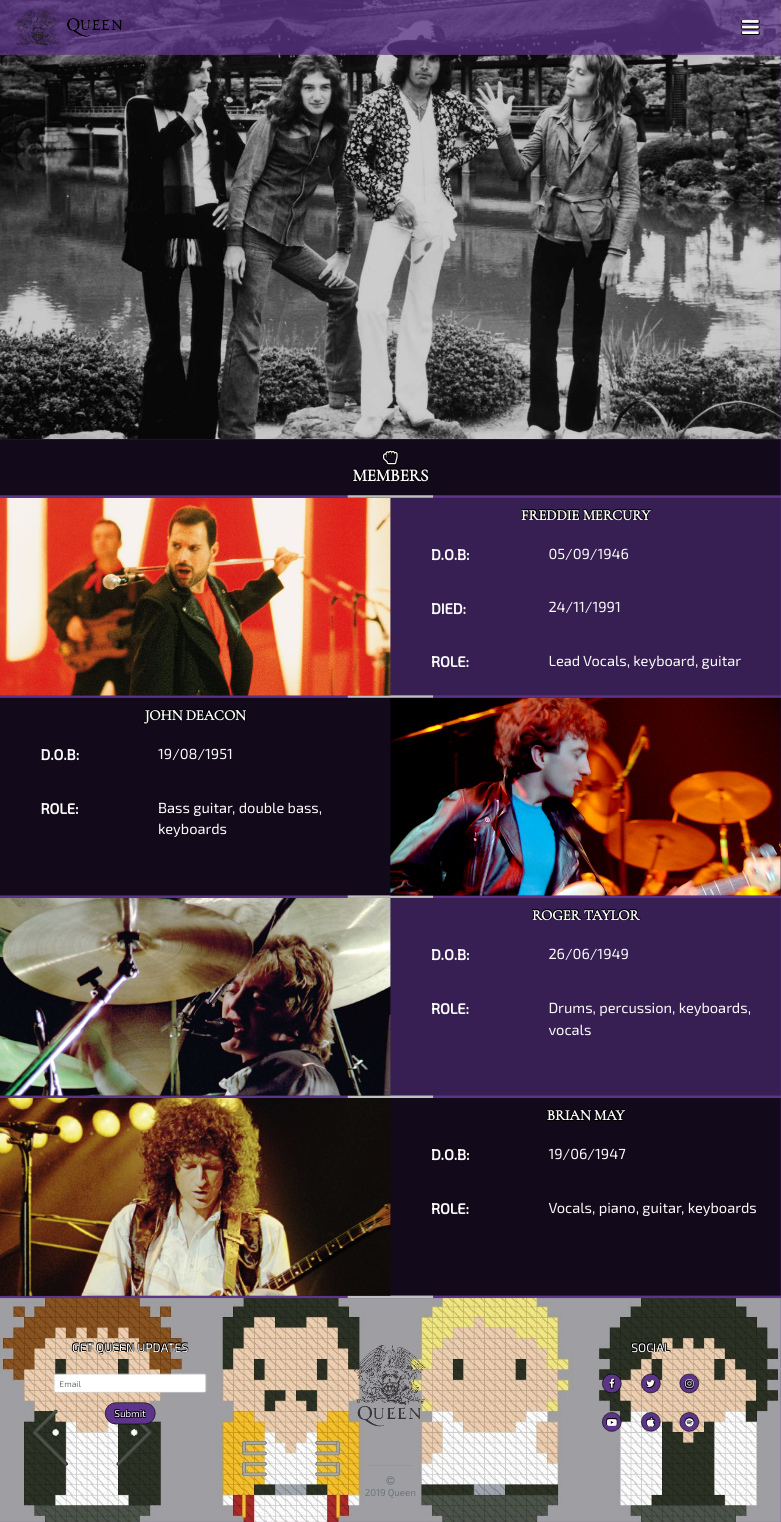
Repository: Olan1/Queen---The-Unofficial-Site
Page: members.html
The author's editor kept a record of every edit. The page is drawn from the files as they stood at one moment, then again after the next edit.
The browser window is 1280 px wide. The pictures show the whole page, at 61% of full size.

Above is the page before.

### members.html
<!DOCTYPE html>
<html lang="en">

<head>
    <meta charset="UTF-8">
    <meta name="viewport" content="width=device-width, initial-scale=1.0">
    <meta http-equiv="X-UA-Compatible" content="ie=edge">
    <link rel="stylesheet" href="https://stackpath.bootstrapcdn.com/bootstrap/4.3.1/css/bootstrap.min.css">
    <link rel="stylesheet" href="https://stackpath.bootstrapcdn.com/font-awesome/4.7.0/css/font-awesome.min.css">
    <link rel="stylesheet" href="assets/css/style.css">
    <link rel="shortcut icon" href="assets/images/head/Q.png">
    <!--Source: https://stackoverflow.com/questions/10691021/how-to-insert-logo-with-the-title-of-a-html-page-->
    <title>Members</title>
</head>

<body>
    <!--Header-->
    <header id="home" class="container-fluid members-header-container text-outline">
        <nav class="navbar navbar-light nav-bg-color fixed-top">
            <a href="index.html" class="navbar-brand" data-toggle="tooltip" title="Home">
                <img class="img-fluid" src="assets/images/header/queen-coat-of-arms.png">
                <img class="img-fluid d-none d-sm-inline-block" src="assets/images/header/queen-logo.png">
            </a>
            <button class="navbar-toggler ml-auto mr-2 text-outline" type="button" data-toggle="collapse" data-target="#navbarNavDropdown" aria-controls="navbarNavDropdown" aria-expanded="false" aria-label="Toggle navigation">
                <i class="fa fa-bars"></i>
            </button>
            <div class="collapse navbar-collapse justify-content-end" id="navbarNavDropdown">
                <ul class="navbar-nav mr-2">
                    <li class="nav-item "><a href="index.html" class="nav-link">Home</a></li>
                    <li class="nav-item "><a href="members.html" class="nav-link">Members</a></li>
                    <li class="nav-item"><a href="gallery.html" class="nav-link">Gallery</a></li>
                    <li class="nav-item"><a href="music.html" class="nav-link">Music</a></li>
                    <li class="nav-item"><a href="film.html" class="nav-link">Film</a></li>
                    <li class="nav-item"><a href="store.html" class="nav-link">Store</a></li>
                    <li class="nav-item"><a href="sign-up.html" class="nav-link">Sign Up</a></li>
                </ul>
            </div>
        </nav>
    </header>
    <!-- /.Header -->

    <!--Band Members Section-->
    <section id="members" class="container-fluid members-container">
        <h3 class="uppercase text-outline bg-fade-dark"><i class="fa fa-hand-rock-o" aria-hidden="true"></i>Members</h3>
        <hr class="divider-lg">

        <!--Freddie Mercury-->
        <div class="bg-fade-light">
            <div class="row no-gutters info-container">
                <div class="col-lg-6">
                    <img class="img-fluid" src="assets/images/members/freddie-mercury.png" alt="Freddie Mercury">
                </div>
                <!--Source: Code Institutes front end resume project-->
                <div class="col-lg-6 section-column">
                    <div class="row">
                        <div class="col-12">
                            <h4 class="member-heading uppercase text-outline">
                                Freddie Mercury
                            </h4>
                        </div>
                    </div>
                    <div class="personal-info-item">
                        <div class="key">
                            <p class="uppercase">
                                D.O.B:
                            </p>
                        </div>
                        <div class="value">
                            <p>
                                05/09/1946
                            </p>
                        </div>
                    </div>
                    <div class="personal-info-item">
                        <div class="key">
                            <p class="uppercase">
                                Died:
                            </p>
                        </div>
                        <div class="value">
                            <p>
                                24/11/1991
                            </p>
                        </div>
                    </div>
                    <div class="personal-info-item">
                        <div class="key">
                            <p class="uppercase">
                                Role:
                            </p>
                        </div>
                        <div class="value">
                            <p>
                                Lead Vocals, keyboard, guitar
                            </p>
                        </div>
                    </div>
                </div>
            </div>
        </div>
        <hr class="divider-lg">

        <!--John Deacon-->
        <div class="bg-fade-dark">
            <div class="row no-gutters info-container">
                <div class="col-lg-6 order-lg-2">
                    <img class="img-fluid" src="assets/images/members/john-deacon.png" alt="John Deacon">
                </div>
                <!--Source: Code Institutes front end resume project-->
                <div class="col-lg-6 section-column order-lg-1">
                    <div class="row">
                        <div class="col-12">
                            <h4 class="member-heading uppercase text-outline">
                                John Deacon
                            </h4>
                        </div>
                    </div>
                    <div class="personal-info-item">
                        <div class="key">
                            <p class="uppercase">
                                D.O.B:
                            </p>
                        </div>
                        <div class="value">
                            <p>
                                19/08/1951
                            </p>
                        </div>
                    </div>
                    <div class="personal-info-item">
                        <div class="key">
                            <p class="uppercase">
                                Role:
                            </p>
                        </div>
                        <div class="value">
                            <p>
                                Bass guitar, double bass, keyboards
                            </p>
                        </div>
                    </div>
                </div>
            </div>
        </div>
        <hr class="divider-lg">

        <!--Roger Taylor-->
        <div class="bg-fade-light">
            <div class="row no-gutters info-container">
                <div class="col-lg-6">
                    <img class="img-fluid" src="assets/images/members/roger-taylor.png" alt="Roger Taylor">
                </div>
                <!--Source: Code Institutes front end resume project-->
                <div class="col-lg-6 section-column">
                    <div class="row">
                        <div class="col-12">
                            <h4 class="member-heading uppercase text-outline">
                                Roger Taylor
                            </h4>
                        </div>
                    </div>
                    <div class="personal-info-item">
                        <div class="key">
                            <p class="uppercase">
                                D.O.B:
                            </p>
                        </div>
                        <div class="value">
                            <p>
                                26/06/1949
                            </p>
                        </div>
                    </div>
                    <div class="personal-info-item">
                        <div class="key">
                            <p class="uppercase">
                                Role:
                            </p>
                        </div>
                        <div class="value">
                            <p>
                                Drums, percussion, keyboards, vocals
                            </p>
                        </div>
                    </div>
                </div>
            </div>
        </div>
        <hr class="divider-lg">

        <!--Brian May-->
        <div class="bg-fade-dark">
            <div class="row no-gutters info-container">
                <div class="col-lg-6">
                    <img class="img-fluid pb-2" src="assets/images/members/brian-may.png" alt="Brian May">
                </div>
                <!--Source: Code Institutes front end resume project-->
                <div class="col-lg-6 section-column">
                    <div class="row">
                        <div class="col-12">
                            <h4 class="member-heading uppercase text-outline">
                                Brian May
                            </h4>
                        </div>
                    </div>
                    <div class="personal-info-item">
                        <div class="key">
                            <p class="uppercase">
                                D.O.B:
                            </p>
                        </div>
                        <div class="value">
                            <p>
                                19/06/1947
                            </p>
                        </div>
                    </div>
                    <div class="personal-info-item">
                        <div class="key">
                            <p class="uppercase">
                                Role:
                            </p>
                        </div>
                        <div class="value">
                            <p>
                                Vocals, piano, guitar, keyboards
                            </p>
                        </div>
                    </div>
                </div>
            </div>
        </div>
        <hr class="divider-lg">
    </section>
    <!-- /.Band Members Section-->

    <!--Footer-->
    <footer id="footer" class="container-fluid footer-container">
        <div class="row pt-5">

            <!--Form-->
            <div class="col-sm-4 align-center pb-2 text-outline">
                <h5 class="uppercase text-white pb-4">Get Queen Updates</h5>
                <form class="form-sm justify-content-center inline-block">
                    <div class="form-group">
                        <input type="email" class="form-control form-control-sm" id="emailUpdates" aria-describedby="emailHelp" placeholder="Email">
                    </div>
                    <button type="submit" class="btn my-btn text-outline">Submit</button>
                </form>
                <hr class="divider d-sm-none">
            </div>

            <!--Logo-->
            <div class="col-sm-4 align-center pb-2">
                <a href="#home" data-toggle="tooltip" title="Top">
                    <img class="img-fluid footer-logo" src="assets/images/footer/queen-full-logo.png" alt="image unavailable">
                </a>
                <hr class="divider d-sm-none">
            </div>

            <!--Social-->
            <div class="col-sm-4  align-center pb-2 text-outline">
                <h5 class="uppercase text-white pb-4">Social</h5>
                <ul class="list-inline social-links">
                    <li class="list-inline-item ">
                        <a href="https://www.facebook.com/Queen/" target="_blank">
                            <i class="fa fa-facebook"></i>
                            <span class="sr-only">Facebook</span>
                        </a>
                    </li>
                    <li class="list-inline-item">
                        <a href="https://twitter.com/QueenWillRock?ref_src=twsrc%5Egoogle%7Ctwcamp%5Eserp%7Ctwgr%5Eauthor" target="_blank">
                            <i class="fa fa-twitter"></i>
                            <span class="sr-only">Twitter</span>
                        </a>
                    </li>
                    <li class="list-inline-item">
                        <a href="https://www.instagram.com/officialqueenmusic/" target="_blank">
                            <i class="fa fa-instagram"></i>
                            <span class="sr-only">Instagram</span>
                        </a>
                    </li>
                </ul>
                <ul class="list-inline social-links">
                    <li class="list-inline-item">
                        <a href="https://www.youtube.com/user/queenofficial/videos?app=desktop" target="_blank">
                            <i class="fa fa-youtube-play"></i>
                            <span class="sr-only">YouTube</span>
                        </a>
                    </li>
                    <li class="list-inline-item">
                        <a href="https://music.apple.com/us/artist/queen/3296287" target="_blank">
                            <i class="fa fa-apple"></i>
                            <span class="sr-only">Apple Music</span>
                        </a>
                    </li>
                    <li class="list-inline-item">
                        <a href="https://open.spotify.com/artist/1dfeR4HaWDbWqFHLkxsg1d" target="_blank">
                            <i class="fa fa-spotify"></i>
                            <span class="sr-only">Spotify</span>
                        </a>
                    </li>
                </ul>
                <hr class="divider d-sm-none">
            </div>

            <div class="col align-center">
                <hr class="d-none d-sm-block divider">
                <p class="text-muted"><i class="fa fa-copyright"></i> 2019 Queen</p>
            </div>
        </div>
    </footer>
    <!-- /.Footer-->

    <script src="https://code.jquery.com/jquery-3.3.1.slim.min.js" integrity="sha384-q8i/X+965DzO0rT7abK41JStQIAqVgRVzpbzo5smXKp4YfRvH+8abtTE1Pi6jizo" crossorigin="anonymous"></script>
    <script src="https://cdnjs.cloudflare.com/ajax/libs/popper.js/1.14.7/umd/popper.min.js" integrity="sha384-UO2eT0CpHqdSJQ6hJty5KVphtPhzWj9WO1clHTMGa3JDZwrnQq4sF86dIHNDz0W1" crossorigin="anonymous"></script>
    <script src="https://stackpath.bootstrapcdn.com/bootstrap/4.3.1/js/bootstrap.min.js" integrity="sha384-JjSmVgyd0p3pXB1rRibZUAYoIIy6OrQ6VrjIEaFf/nJGzIxFDsf4x0xIM+B07jRM" crossorigin="anonymous"></script>
</body>

</html>

Loaded but not shown: assets/css/style.css (686 lines, source omitted)

After the next edit:
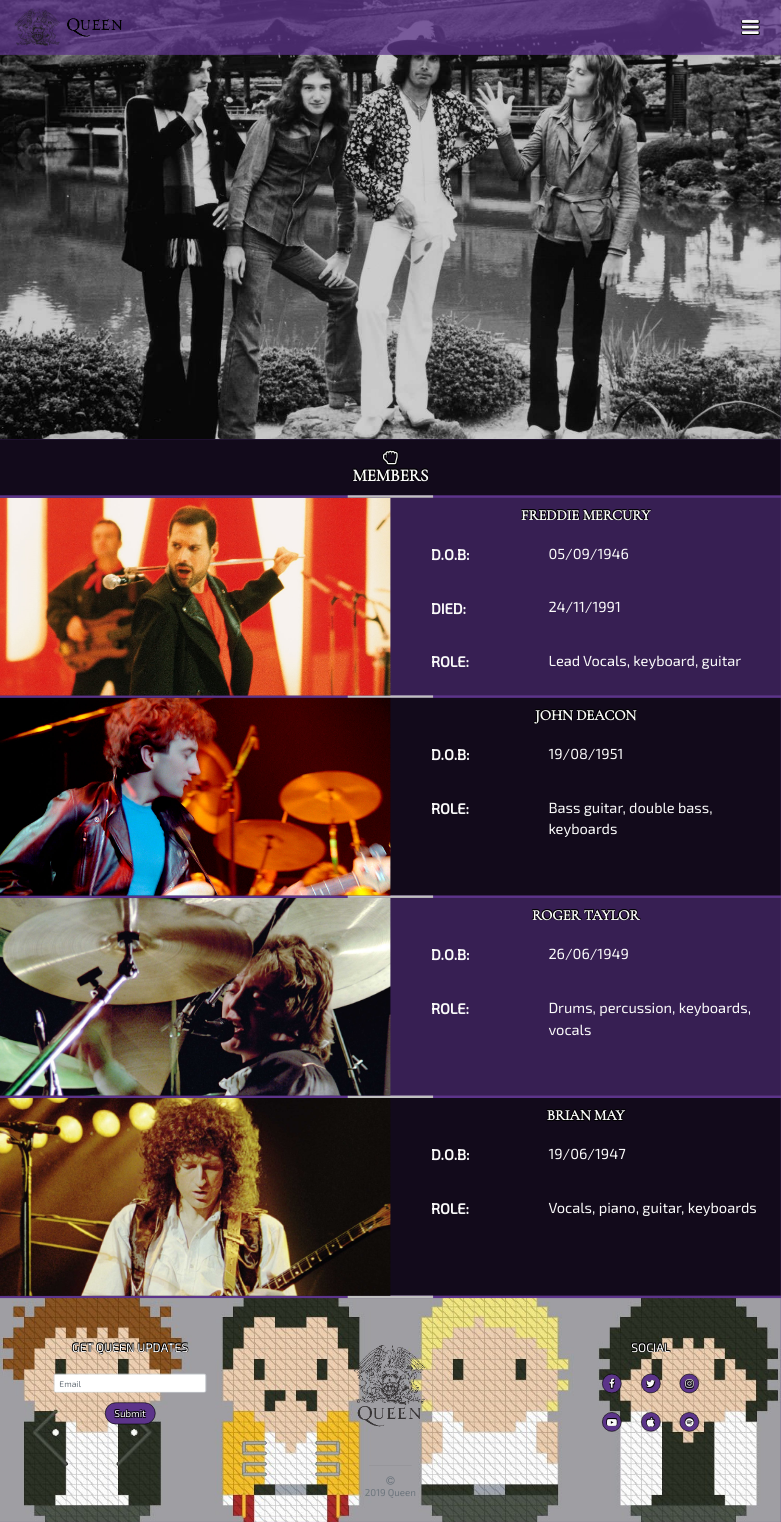
The edit:
--- a/members.html
+++ b/members.html
@@ -103,7 +103,7 @@
         <!--John Deacon-->
         <div class="bg-fade-dark">
             <div class="row no-gutters info-container">
-                <div class="col-lg-6 order-lg-2">
+                <div class="col-lg-6">
                     <img class="img-fluid" src="assets/images/members/john-deacon.png" alt="John Deacon">
                 </div>
                 <!--Source: Code Institutes front end resume project-->
